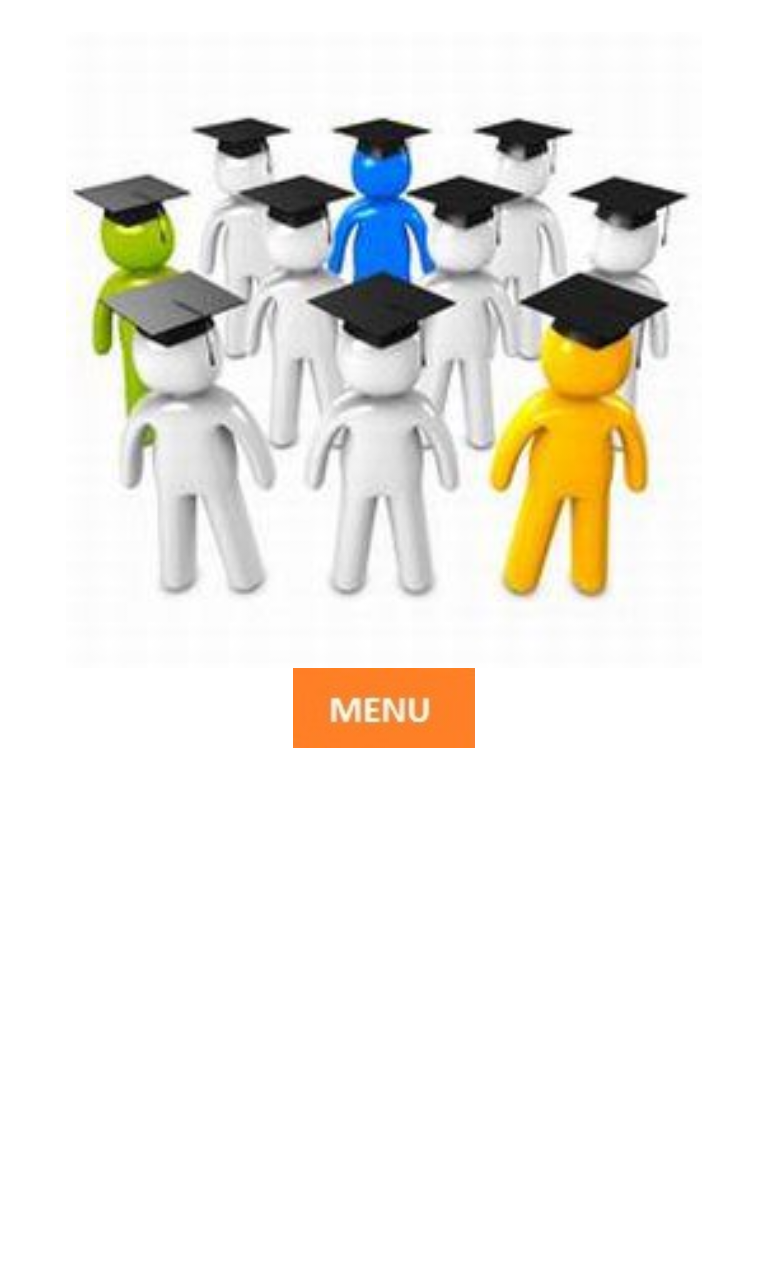
Repository: akungilang/Tugas_Akhir
Layout: Mobile/PerguruanTinggiSwastaJambi/res/layout/activity_main.xml
These files come from the project's save history. The layout is drawn as it stood at one moment and after the next save; the edit follows.
It is drawn on a 768 x 1280 px phone screen (xhdpi) without system bars, with theme AppTheme; the app's code is not run.

Above is the layout before, as saved 2015-01-31 06:37:02.

### Mobile/PerguruanTinggiSwastaJambi/res/layout/activity_main.xml
<RelativeLayout xmlns:android="http://schemas.android.com/apk/res/android"
    xmlns:tools="http://schemas.android.com/tools"
    android:layout_width="match_parent"
    android:layout_height="match_parent"
    android:paddingBottom="@dimen/activity_vertical_margin"
    android:paddingLeft="@dimen/activity_horizontal_margin"
    android:paddingRight="@dimen/activity_horizontal_margin"
    android:paddingTop="@dimen/activity_vertical_margin"
    tools:context="com.ex.perguruantinggiswastajambi.MainActivity" >

    <ScrollView
        android:id="@+id/scrollView1"
        android:layout_width="fill_parent"
        android:layout_height="fill_parent" >

        <LinearLayout
            android:layout_width="match_parent"
            android:layout_height="match_parent"
            android:orientation="vertical" >

            <ImageView
                android:id="@+id/imageView1"
                android:layout_width="match_parent"
                android:layout_height="318dp"
                android:src="@drawable/selebaran" />

            <ImageView
                android:id="@+id/imageView2"
                android:layout_width="match_parent"
                android:layout_height="wrap_content"
                android:onClick="openmenu"
                android:src="@drawable/menu" />

        </LinearLayout>
    </ScrollView>

</RelativeLayout>

Loaded but not shown: Mobile/PerguruanTinggiSwastaJambi/res/values/styles.xml (common file); Mobile/PerguruanTinggiSwastaJambi/res/values-v11/styles.xml (common file); Mobile/PerguruanTinggiSwastaJambi/res/values-v14/styles.xml (common file); Mobile/PerguruanTinggiSwastaJambi/res/values/dimens.xml (common file); Mobile/PerguruanTinggiSwastaJambi/res/values-w820dp/dimens.xml (common file)

After the next save:
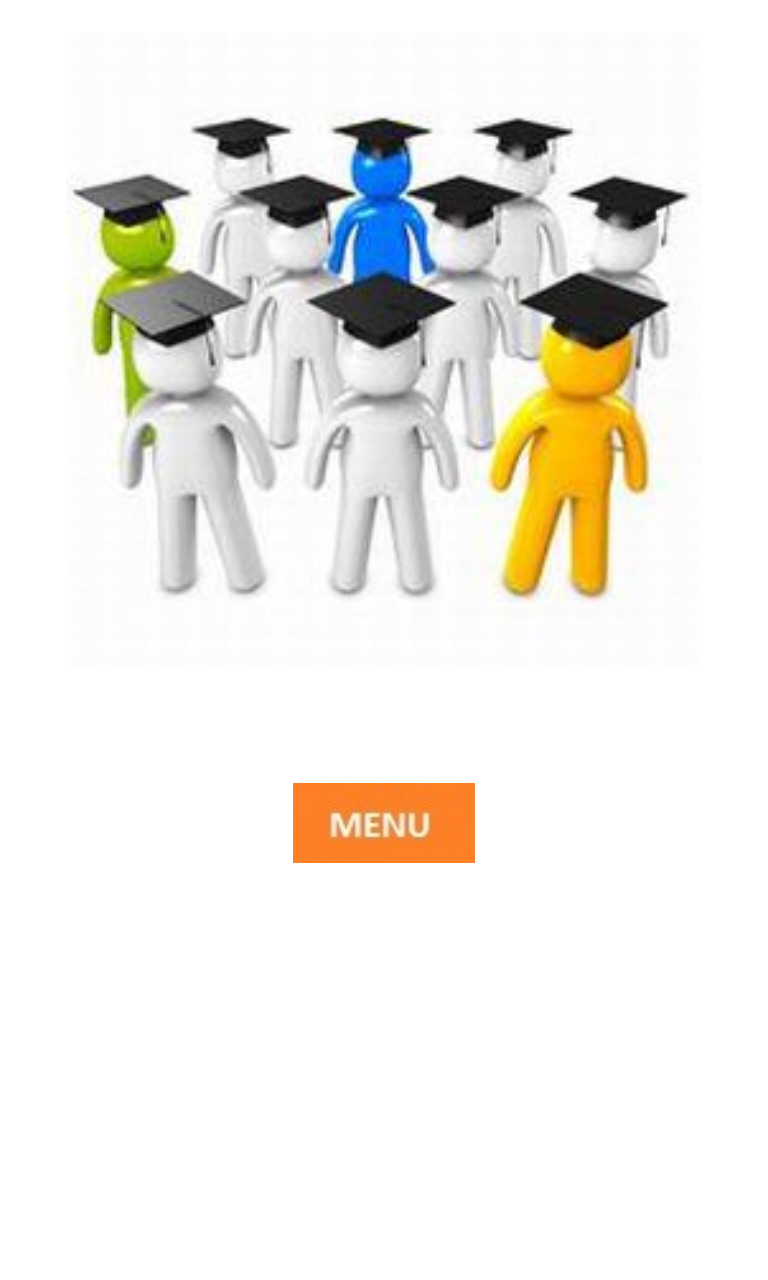
Saved 11 s later.
--- a/Mobile/PerguruanTinggiSwastaJambi/res/layout/activity_main.xml
+++ b/Mobile/PerguruanTinggiSwastaJambi/res/layout/activity_main.xml
@@ -28,7 +28,9 @@
                 android:id="@+id/imageView2"
                 android:layout_width="match_parent"
                 android:layout_height="wrap_content"
+                android:adjustViewBounds="true"
                 android:onClick="openmenu"
+                android:scaleType="center"
                 android:src="@drawable/menu" />
 
         </LinearLayout>
